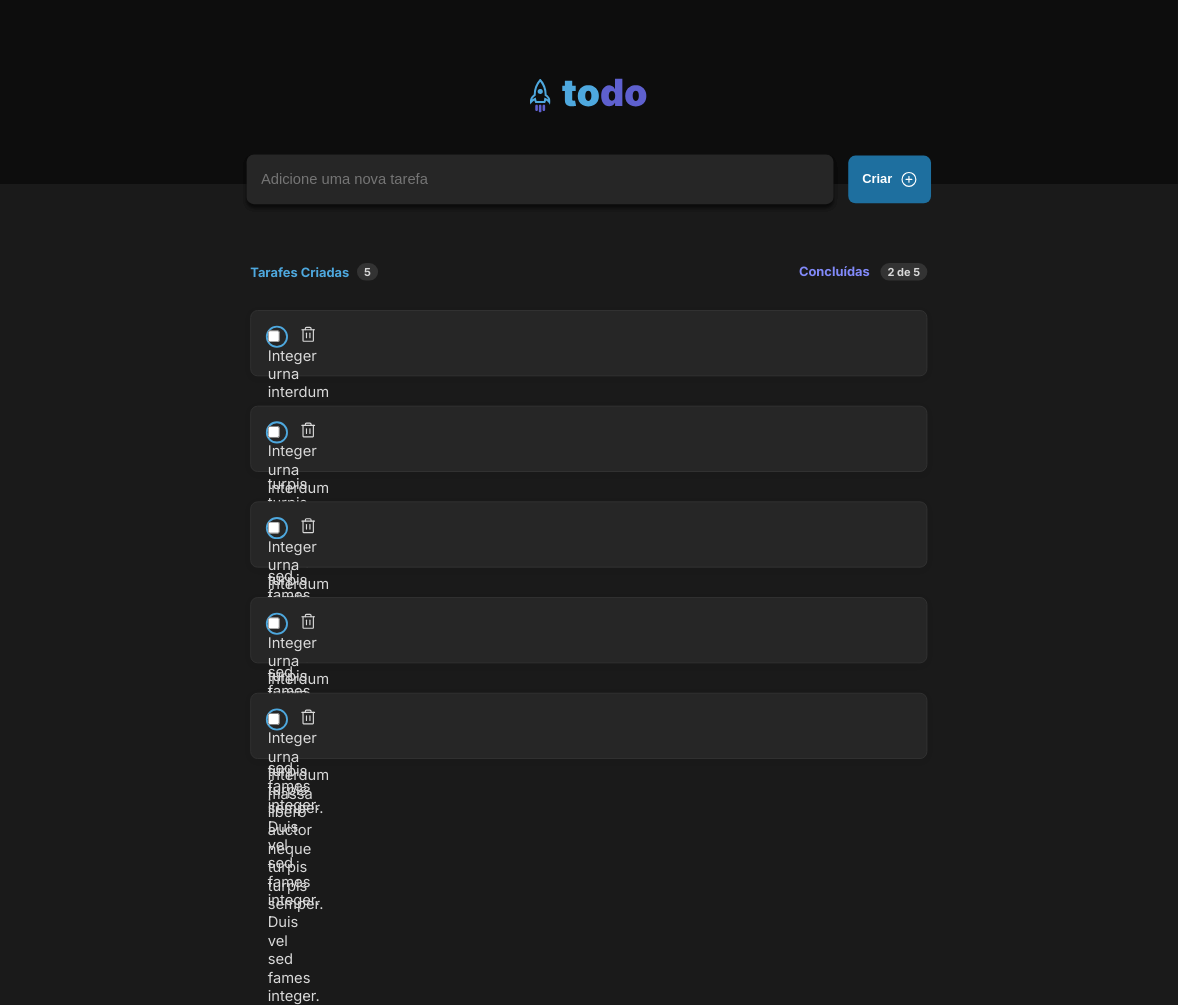
Repository: guilhermecardoso93/todolistreact
Page: /
An editor plug-in stored every save of this project. The page is shown before and after the next save, followed by the edit.
The browser window is 1280 px wide. The pictures show the whole page, at 92% of full size.
The project was rebuilt for these pictures with package versions that can differ from the ones it lists, and the page was loaded fresh each time. Also part of the build but not shown: vite.config.ts.

Above is the page before, as saved 2022-07-02 20:11:23.

### index.html
<!DOCTYPE html>
<html lang="en">
  <head>
    <meta charset="UTF-8" />
    <link rel="icon" type="image/svg+xml" href="/src/favicon.svg" />
    <link rel="preconnect" href="https://fonts.googleapis.com" />
    <link rel="preconnect" href="https://fonts.gstatic.com" crossorigin />
    <meta name="viewport" content="width=device-width, initial-scale=1.0" />
    <link
      href="https://fonts.googleapis.com/css2?family=Inter:wght@400;500;600;700&display=swap"
      rel="stylesheet"
    />
    <title>to do list</title>
  </head>
  <body>
    <div id="root"></div>
    <script type="module" src="/src/main.tsx"></script>
  </body>
</html>

### src/App.tsx
import "./global.css";
import { Header } from "./Header";
import { Tasks } from "./Tasks";

function App() {
  return (
    <>
      <Header />
      <div>
        <Tasks/>
      </div>
    </>
  );
}

export default App;

### src/global.css
:root {
  --white: #fff;

  --gray-100: #f2f2f2;
  --gray-100: #d9d9d9;
  --gray-300: #808080;
  --gray-400: #333333;
  --gray-500: #262626;
  --gray-600: #1a1a1a;
  --gray-700: #0d0d0d;

  --danger: #e25858;

  --purple: #828afa;
  --purple-dark: #5e60ce;

  --blue: #4ea8de;
  --blue-dark: #1e6f9f;
}

* {
  margin: 0;
  padding: 0;
  box-sizing: border-box;
}

body {
  -webkit-font-smoothing: antialiased;
  font-family: 'Inter', sans-serif;
  background: var(--gray-600);
}

### src/Header.tsx
import  Logo  from "./assets/logo.svg";

import styles from "./Header.module.css";

export function Header() {
  return (
    <header className={styles.header}>
      <img src={Logo} alt='logo' className={styles.logo}/>
    </header>
  );
}

### src/Tasks.tsx
import { Trash } from "phosphor-react";
import { TaskBar } from "./TasksBar";
import { TaskList } from "./TasksList";

import styles from "./Tasks.module.css";

export function Tasks() {
  return (
    <div className={styles.content}>
      <TaskBar />
      <div>
        <div className={styles.titles}>
          <div className={styles.titlesMake}>
            <p className={styles.titlesMakeTitle}>Tarafes Criadas</p>
            <p className={styles.titlesMakeTitleNumber}> 5 </p>
          </div>
          <div className={styles.titles}>
            <p className={styles.titlesDoneTitle}>Concluídas</p>
            <p className={styles.titlesDoneTitleNumber}> 2 de 5 </p>
          </div>
        </div>
        <TaskList />
        <TaskList />
        <TaskList />
        <TaskList />
        <TaskList />
      </div>
    </div>
  );
}

### src/Header.module.css
.header {
  height: 12.5rem;
  background: var(--gray-700);
  display: flex;
  justify-content: center;
  align-items: center;
}

.logo {
  height: 4rem;
  width: 8rem;
}

### src/TasksBar.tsx
import { PlusCircle } from "phosphor-react";

import styles from "./TasksBar.module.css";

export function TaskBar() {
  return (
    <div className={styles.container}>
      <input type="text" placeholder="Adicione uma nova tarefa" />
      <button>
        {" "}
        Criar <PlusCircle size={20} />{" "}
      </button>
    </div>
  );
}

### src/TasksList.tsx
import { Trash } from "phosphor-react";

import styles from "./TasksList.module.css";

export function TaskList() {
  return (
    <div>
      <div className={styles.tasksList}>
        <div className={styles.tasksListItem}>
          <div className={styles.tasksListItemCheck}>
            <input type="checkbox" name="" id="" />
            <p>
              Integer urna interdum massa libero auctor neque turpis turpis
              semper. Duis vel sed fames integer.{" "}
            </p>
          </div>
          <div>
            <button className={styles.delete}>
              <Trash size={20} />{" "}
            </button>
          </div>
        </div>
      </div>
    </div>
  );
}

### src/Tasks.module.css
.content {
  display: flex;
  flex-direction: column;
  align-items: center;
  justify-content: space-between;
  margin: auto;
  margin-bottom: 5rem;

  width: 736px;
  gap: 4rem;
}

.titles {
  display: flex;
  align-itens: center;
  justify-content: space-between;
  gap: 0.7rem;
}

.titlesMake,
.titleDone {
  display: flex;
  flex-direction: row;
  justify-content: center;
  align-items: center;
  gap: 0.5rem;
}
.titlesMakeTitle {
  color: var(--blue);
  font-weight: bold;
  font-weight: 700;
  font-size: 14px;
  line-height: 17px;
}

.titlesDoneTitle {
  color: var(--purple);
  font-weight: bold;
  font-weight: 700;
  font-size: 14px;
  line-height: 17px;
}

.titlesMakeTitleNumber,
.titlesDoneTitleNumber {
  display: flex;
  flex-direction: column;
  justify-content: center;
  align-items: center;

  width: auto;
  padding: 2px 8px;
  height: 19px;

  background: var(--gray-400);
  color: var(--gray-100);
  border-radius: 999px;

  font-style: normal;
  font-weight: 700;
  font-size: 12px;
  line-height: 15px;
}

### src/TasksBar.module.css
.container {
  display: flex;
  align-items: center;
  justify-content: center;
  margin-top: -2rem;
  gap: 1rem;
}

.container input {
  background-color: var(--gray-500);
  color: var(--gray-300);
  width: 39.93rem;
  padding: 1rem;

  font-style: normal;
  font-weight: 400;
  font-size: 1rem;
  line-height: 140%;

  border: 1px solid var(--grey-700);
  box-shadow: 0px 4px 4px rgba(0, 0, 0, 0.25), 0px 4px 4px rgba(0, 0, 0, 0.25),
    0px 4px 4px rgba(0, 0, 0, 0.25);
  border-radius: 8px;
}

.container button {
  background: var(--blue-dark);
  color: var(--white);
  gap: 0.5rem;
  display: flex;
  align-items: center;
  justify-content: center;
  border-radius: 8px;
  height: 3.25rem;
  width: 5.62rem;
  border: none;

  font-style: normal;
  font-weight: 700;
  font-size: 14px;
  line-height: 140%;
  cursor: pointer;

  transition: 0.2s;
}

.container button:hover {
  background: var(--blue);
}

### src/TasksList.module.css
.tasksList {
  display: flex;
  flex-direction: column;
  gap: 1rem;

  margin-top: 2rem;
}

.tasksListItem {
  display: flex;
  flex-direction: row;
  align-items: flex-start;
  padding: 16px;
  gap: 12px;

  border: 1px solid #333333;
  box-shadow: 0px 2px 8px rgba(0, 0, 0, 0.06);
  border-radius: 8px;
  background: var(--gray-500);
  color: var(--gray-100);

  width: 736px;
  height: 72px;
}

.tasksListItemCheck {
  border-radius: 50%;
  border: 2px solid var(--blue);
  background: none;
  width: 24px;
  height: 24px;
}

.delete {
  background: none;
  border: none;
  color: var(--gray-100);
  cursor: pointer;

  transition: 0.2s;
}

.delete:hover {
  color: var(--danger);
}

Loaded but not shown: src/main.tsx (common file)

After the next save:
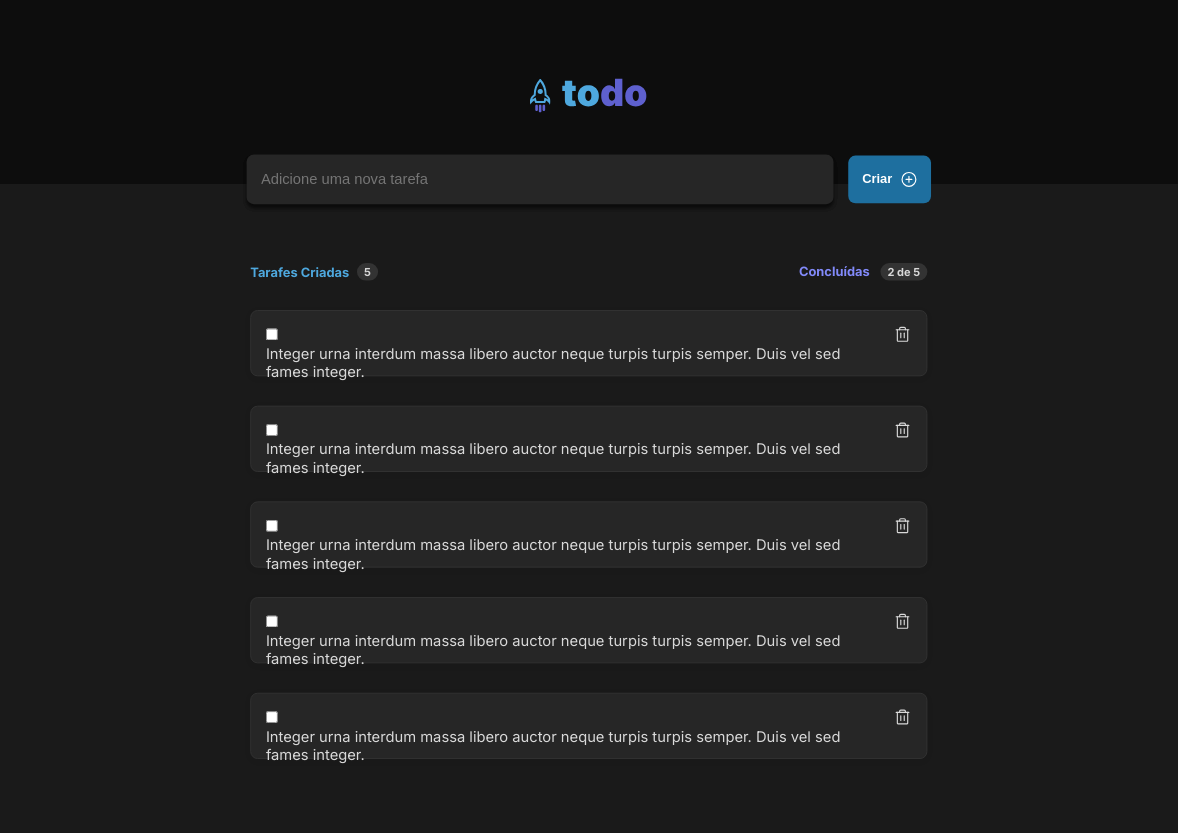
Saved 27 s later.
--- a/src/TasksList.module.css
+++ b/src/TasksList.module.css
@@ -23,13 +23,6 @@
   height: 72px;
 }
 
-.tasksListItemCheck {
-  border-radius: 50%;
-  border: 2px solid var(--blue);
-  background: none;
-  width: 24px;
-  height: 24px;
-}
 
 .delete {
   background: none;
